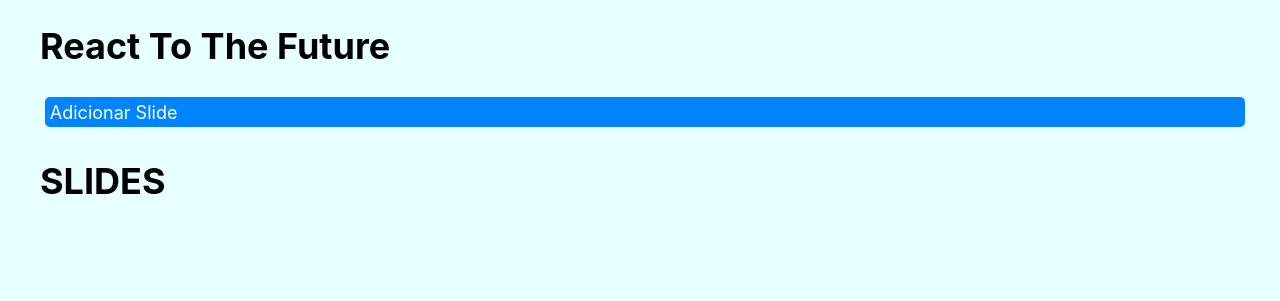
Repository: gotomarcelo/MERN
Page: / (app in cliente/)
These files come from the project's save history. The page is drawn as it stood at one moment and after the next save; the edit follows.
The browser window is 1280 px wide. The pictures show the whole page.
The page's requests for data from a server got no answer. The project was rebuilt for these pictures with package versions that can differ from the ones it lists, and the page was loaded fresh each time. No one was signed in, and anything a server would have sent is missing.

Above is the page before, as saved 2022-01-03 16:16:30.

After the next save:
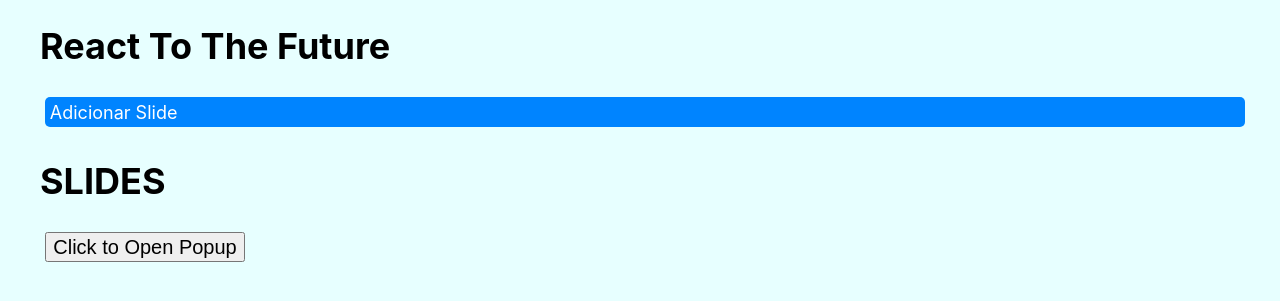
Saved 29 min 23 s later.
--- a/cliente/src/App.js
+++ b/cliente/src/App.js
@@ -11,6 +11,12 @@ function App() {
   const [newConteudoSlide, setNewConteudoSlide] = useState("");
 
   const [slideList, setSlideList] = useState([]);
+
+  const [isOpen, setIsOpen] = useState(false);
+
+  const togglePopup = () => {
+    setIsOpen(!isOpen);
+  };
 
   useEffect(() => {
     Axios.get("http://localhost:3001/read").then((response) =>
@@ -76,32 +82,58 @@ function App() {
           </form>
         </Colapsavel>
         <h1>SLIDES</h1>
+        <input
+          type="button"
+          value="Click to Open Popup"
+          onClick={togglePopup}
+        />
+        {isOpen && (
+          <Popup
+            content={
+              <>
+                <b>Design your Popup</b>
+                <p>
+                  Lorem ipsum dolor sit amet, consectetur adipiscing elit, sed
+                  do eiusmod tempor incididunt ut labore et dolore magna aliqua.
+                  Ut enim ad minim veniam, quis nostrud exercitation ullamco
+                  laboris nisi ut aliquip ex ea commodo consequat. Duis aute
+                  irure dolor in reprehenderit in voluptate velit esse cillum
+                  dolore eu fugiat nulla pariatur. Excepteur sint occaecat
+                  cupidatat non proident, sunt in culpa qui officia deserunt
+                  mollit anim id est laborum.
+                </p>
+                <button>Test button</button>
+              </>
+            }
+            handleClose={togglePopup}
+          />
+        )}
         {slideList.map((val, key) => {
           return (
-              <Colapsavel label={val.tituloSlide} key={key}>
-                <h2>{val.tituloSlide}</h2>
-                <p>{val.conteudoSlide}</p>
-                <input
-                  type="text"
-                  placeholder="Novo nome do título"
-                  onChange={(event) => {
-                    setNewTituloSlide(event.target.value);
-                  }}
-                />
-                <input
-                  type="text"
-                  placeholder="Atualizar conteudo"
-                  onChange={(event) => {
-                    setNewConteudoSlide(event.target.value);
-                  }}
-                />
-                <button className="button" onClick={() => updateSlide(val._id)}>
-                  Atualizar
-                </button>
-                <button className="button" onClick={() => deleteSlide(val._id)}>
-                  Deletar
-                </button>
-              </Colapsavel>
+            <Colapsavel label={val.tituloSlide} key={key}>
+              <h2>{val.tituloSlide}</h2>
+              <p>{val.conteudoSlide}</p>
+              <input
+                type="text"
+                placeholder="Novo nome do título"
+                onChange={(event) => {
+                  setNewTituloSlide(event.target.value);
+                }}
+              />
+              <input
+                type="text"
+                placeholder="Atualizar conteudo"
+                onChange={(event) => {
+                  setNewConteudoSlide(event.target.value);
+                }}
+              />
+              <button className="button" onClick={() => updateSlide(val._id)}>
+                Atualizar
+              </button>
+              <button className="button" onClick={() => deleteSlide(val._id)}>
+                Deletar
+              </button>
+            </Colapsavel>
           );
         })}
       </body>
